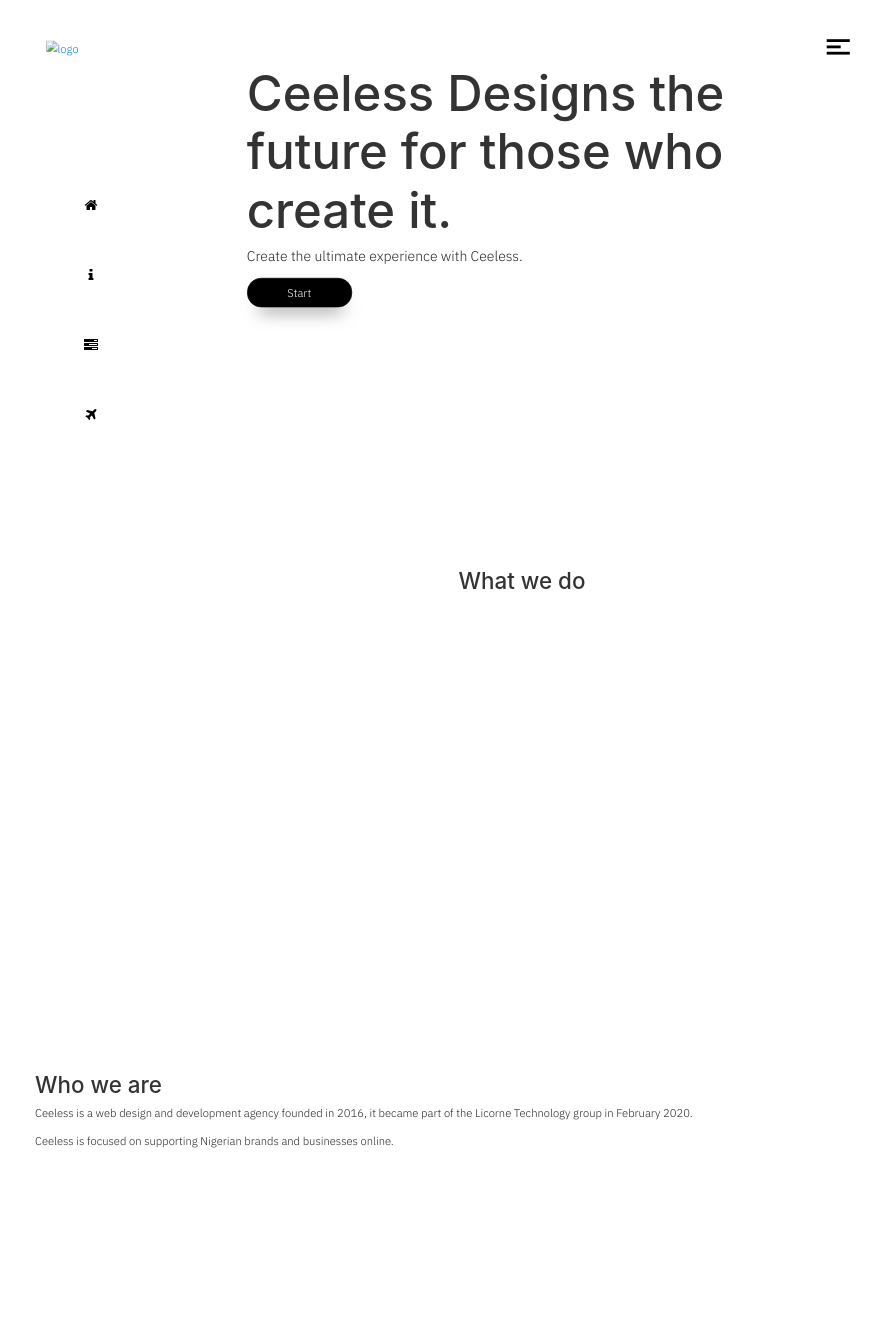
Repository: Licorne-Technologies/Ceeless-v2
Page: index.html
An editor plug-in stored every save of this project. The page is shown before and after the next save, followed by the edit.
The browser window is 1280 px wide. The pictures show the part of the page from y = 0 to 1920 px (the page is 3037 px tall), at 70% of full size.
Some web libraries are served in a nearby version. The style sheet was rebuilt from its Sass, Less or Tailwind sources for each picture, by a compiler version that may differ from the author's.

Above is the page before, as saved 2020-06-15 12:50:20.

After the next save:
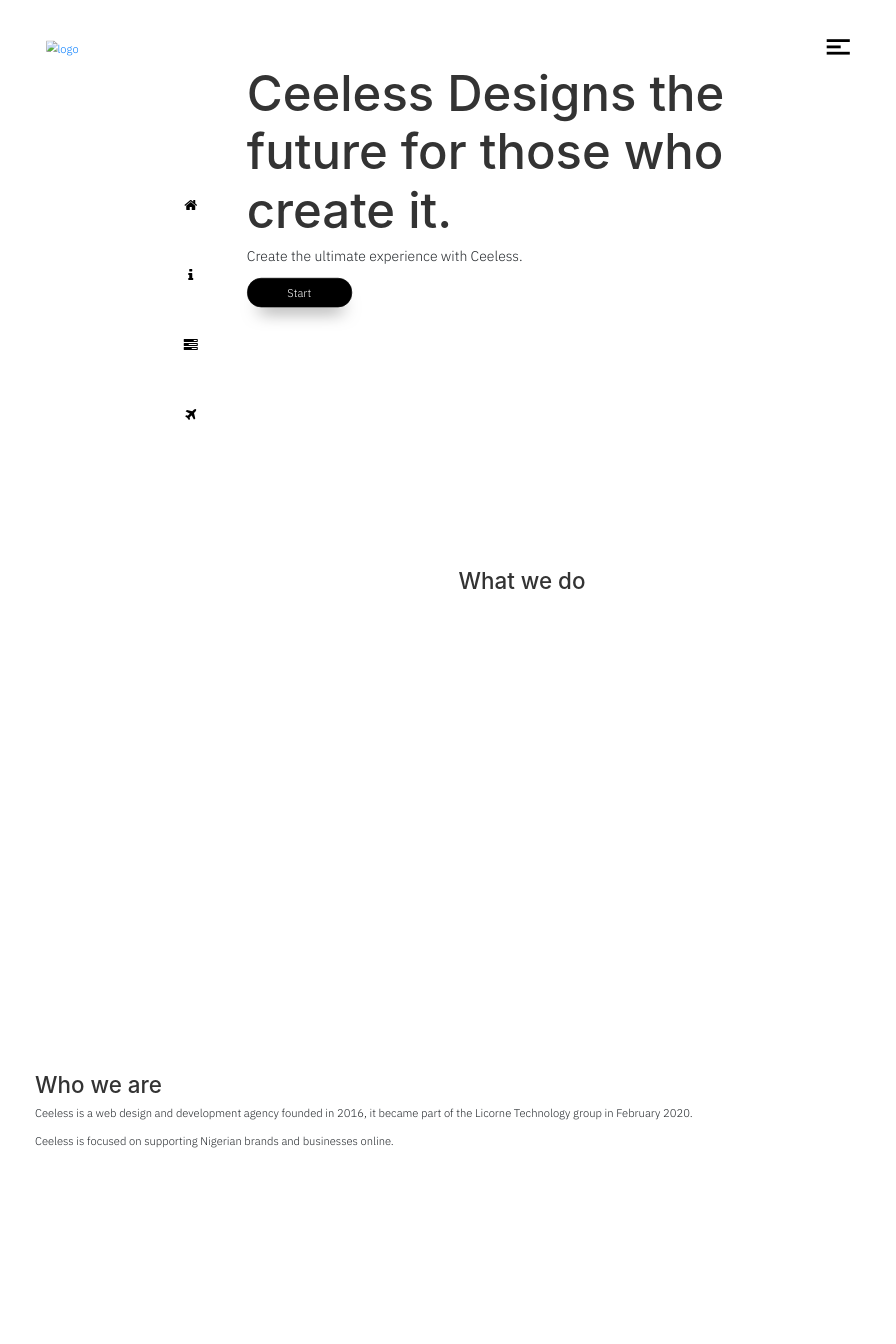
Saved 95 s later.
--- a/css/jumbotron.scss
+++ b/css/jumbotron.scss
@@ -8,6 +8,9 @@
 
     .menuItems {
         background-color: $light;
+        display: flex;
+        flex-direction: column;
+        align-items: flex-end;
 
         a {
             font-size: $fontText;
@@ -16,7 +19,12 @@
             .fa {
                 background-color: $light;
                 color: $dark;
+                margin-right: 0px;
             }
+        }
+
+        a.active {
+
         }
     }
 }
